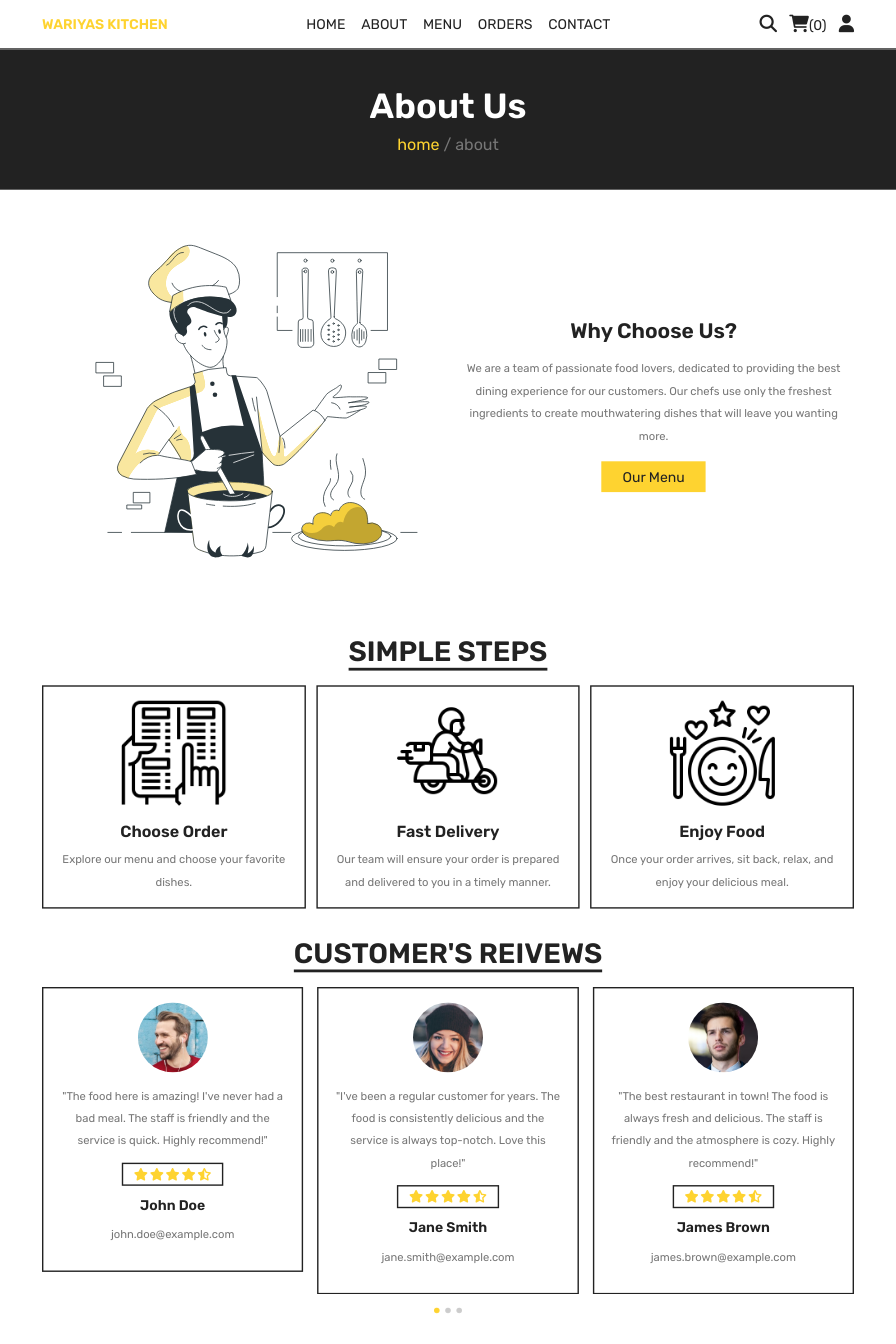
Repository: navodniwarshana/food_order_site
Page: http://localhost/about.php
An editor plug-in stored every save of this project. The page is shown before and after the next save, followed by the edit.
The browser window is 1280 px wide. The pictures show the part of the page from y = 0 to 1920 px (the page is 2302 px tall before and 5422 px after), at 70% of full size.
Some web libraries are served in a nearby version. The page is run by PHP 8.4 with error messages shown; the project is at /var/www/html/. Queries for data that is not in the repository find no rows.

Above is the page before, as saved 2024-09-27 19:26:37.
Console error: TypeError: Cannot read properties of null (reading 'style')

After the next save:
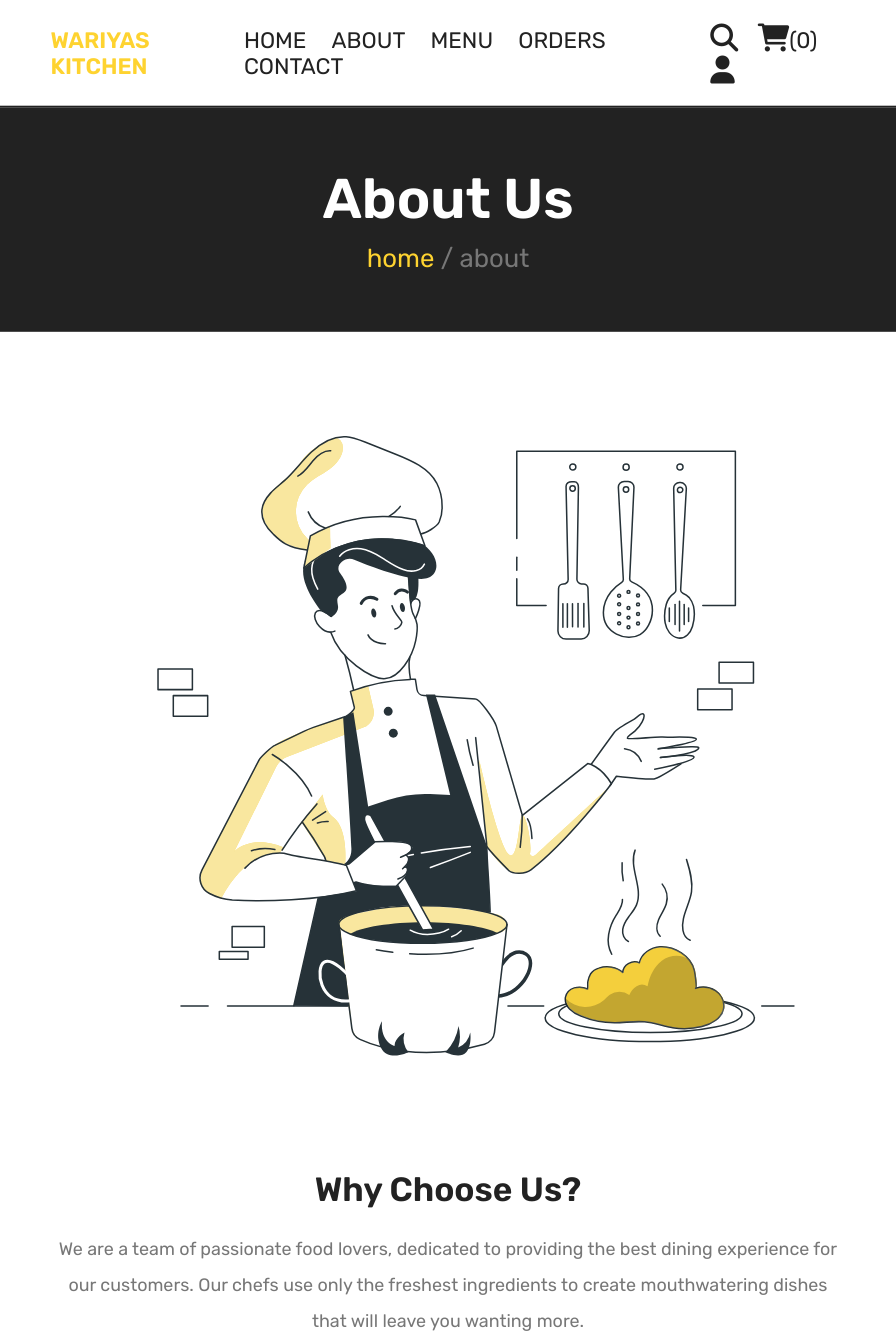
Saved 3 min 53 s later.
--- a/css/style.css
+++ b/css/style.css
@@ -37,6 +37,7 @@
 ::-webkit-scrollbar-thumb {
   background-color: var(--yellow);
 }
+.review
 
 html {
   font-size: 62.5%;

After the 3 saves that followed:
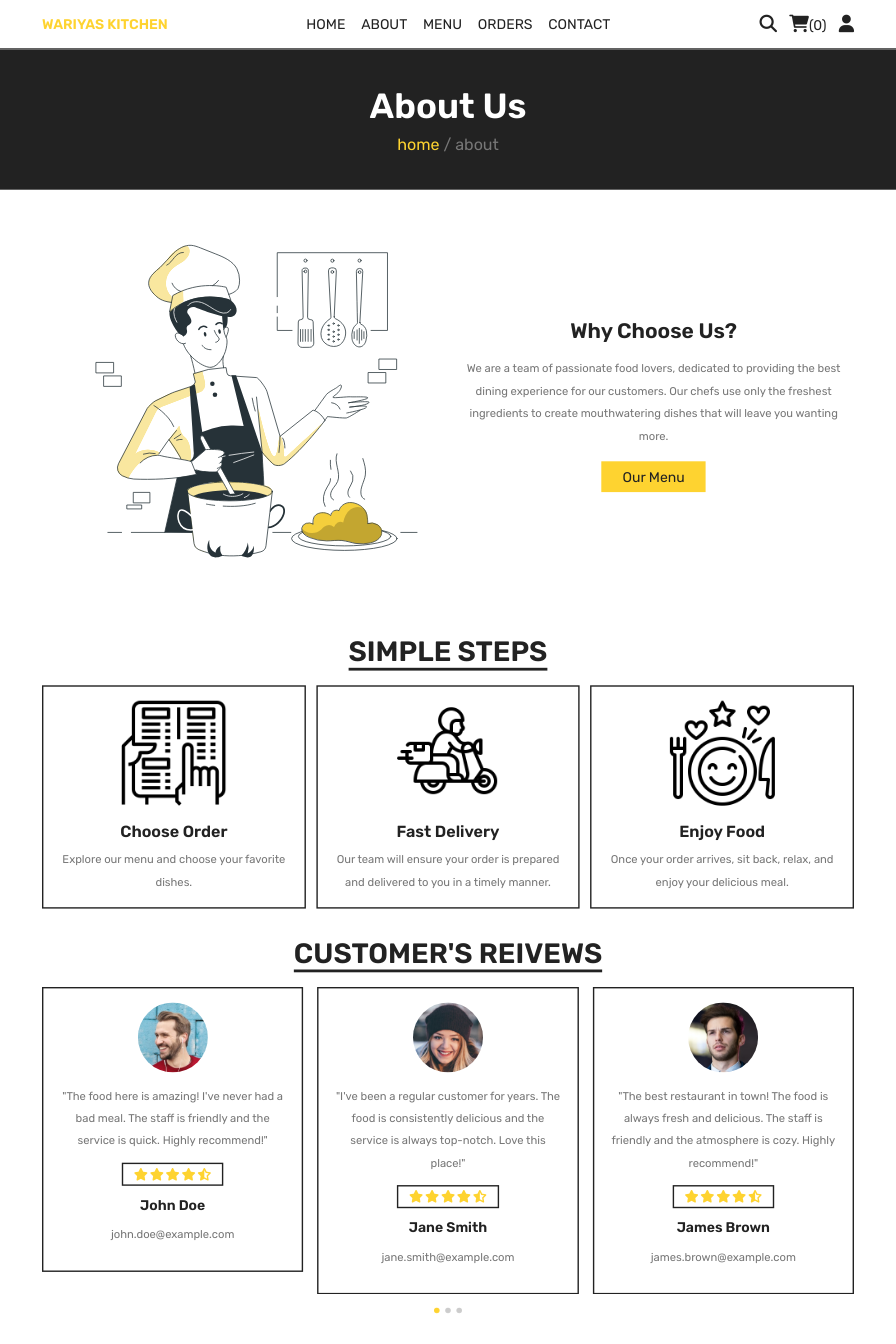
The 3 saves are shown as one change because 1 left the picture as it was and some came seconds apart.
The last was saved 39 s later.
--- a/css/style.css
+++ b/css/style.css
@@ -37,7 +37,10 @@
 ::-webkit-scrollbar-thumb {
   background-color: var(--yellow);
 }
-.review
+.review-form {
+  // Add your CSS here
+}
+
 
 html {
   font-size: 62.5%;
